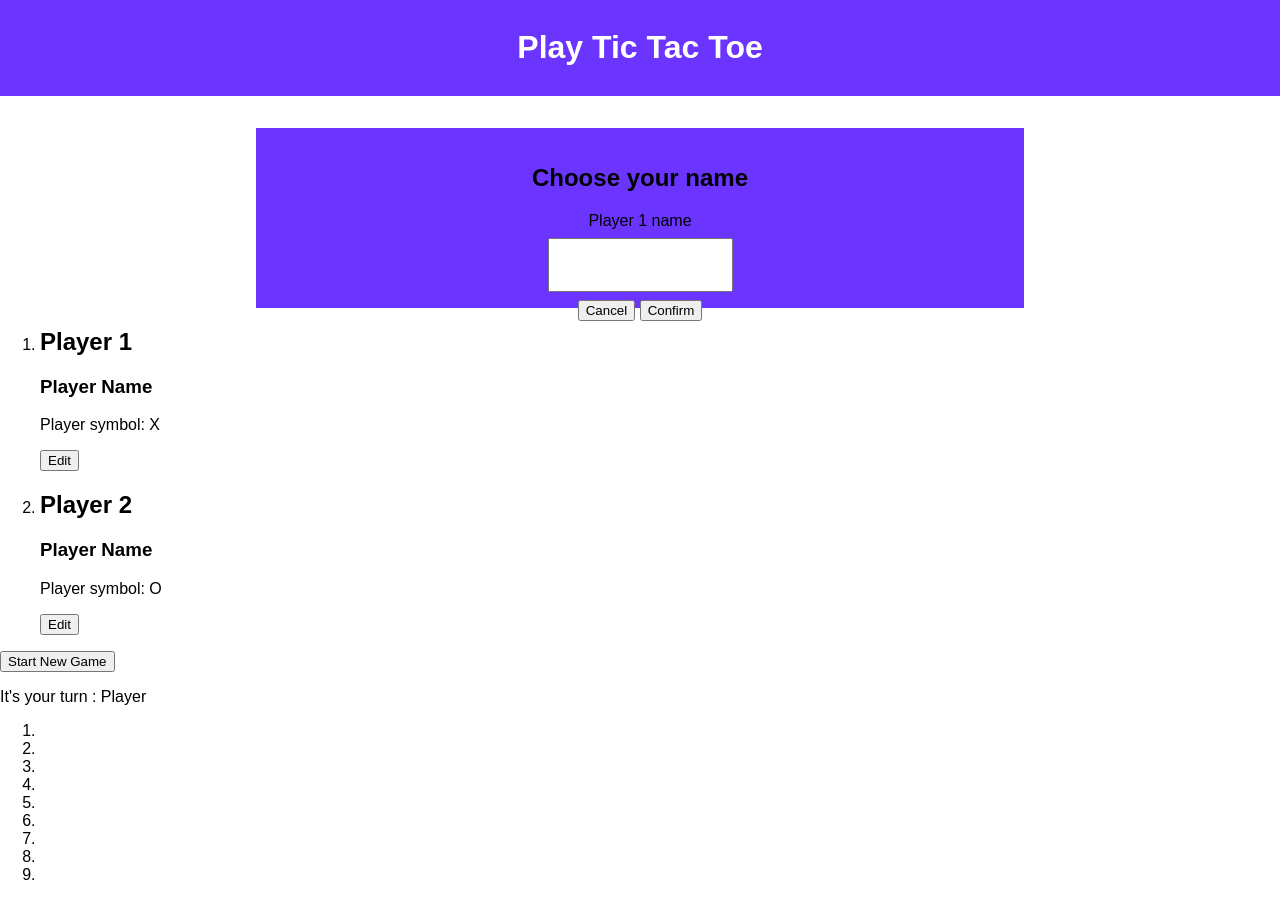
Repository: Harjot00/Wevdev
Page: Tic tac toe/index.html
The author's editor kept a copy of each file at every save. The page is drawn from the files as they stood at one save, then again after the next save.
The browser window is 1280 px wide. The pictures show the whole page.
Some web fonts or font styles are not loaded; a fallback is used.

Above is the page before, as saved 2022-05-20 23:42:28.

### Tic tac toe/index.html
<!DOCTYPE html>
<html lang="en">
<head>
    <meta charset="UTF-8">
    <meta http-equiv="X-UA-Compatible" content="IE=edge">
    <meta name="viewport" content="width=device-width, initial-scale=1.0">
    <link rel="stylesheet" href="styles.css">
    <link href="https://fonts.googleapis.com/css2?family=Roboto:wght@100&family=Send+Flowers&display=swap" rel="stylesheet">
    <title>Tic Tac Toe</title>

</head>
<body>
    <header>
        <h1>Play Tic Tac Toe</h1>

    </header>
    <main>
        <aside>
            <h2>Choose your name</h2>
            <form >
                <div>
                    <label for = "playername">Player 1 name</label>
                    <input type="text" name="username" id="username"/>

                </div>
                <div>
                    <button type="button"> Cancel</button>
                    <button type="submit">Confirm</button>
                </div>
            </form>
        </aside>
        <div id="gamestyle">
            <ol>
                <li>
                    <h2>Player 1</h2>
                    <h3>Player Name</h3>
                    <p>Player symbol: X</p>
                    <button>Edit</button>
                </li>
                <li>
                    <h2>Player 2</h2>
                    <h3>Player Name</h3>
                    <p>Player symbol: O</p>
                    <button>Edit</button>
                </li>
            </ol>
            <button>Start New Game</button>
        </div>
         <section id="active-game">
             <p>It's your turn : Player</p>
             <ol>
                 <li></li>
                 <li></li>
                 <li></li>
                 <li></li>
                 <li></li>
                 <li></li>
                 <li></li>
                 <li></li>
                 <li></li>
             </ol>
         </section>
    </main>

</body>
</html>

### Tic tac toe/styles.css
@import url('https://fonts.googleapis.com/css2?family=Roboto:wght@100&family=Send+Flowers&display=swap');
body{
    font-family: 'Montserrat', sans-serif;
    margin: 0;
    padding: 0;
}
header{
    background-color: #6b35ff;
    margin:0 0 2rem 0;
    padding: 0.5rem 0;
    color:white;
    text-align: center;
}
aside {
    text-align: center;
    margin:1rem auto;
    width:60vw;
    height: 25vh;
    box-sizing: border-box;
    padding:1rem;
    background-color:#6b35ff;
}
aside input {
    display:block;
    margin:0.5rem auto;
    height:3rem;
}

After the next save:
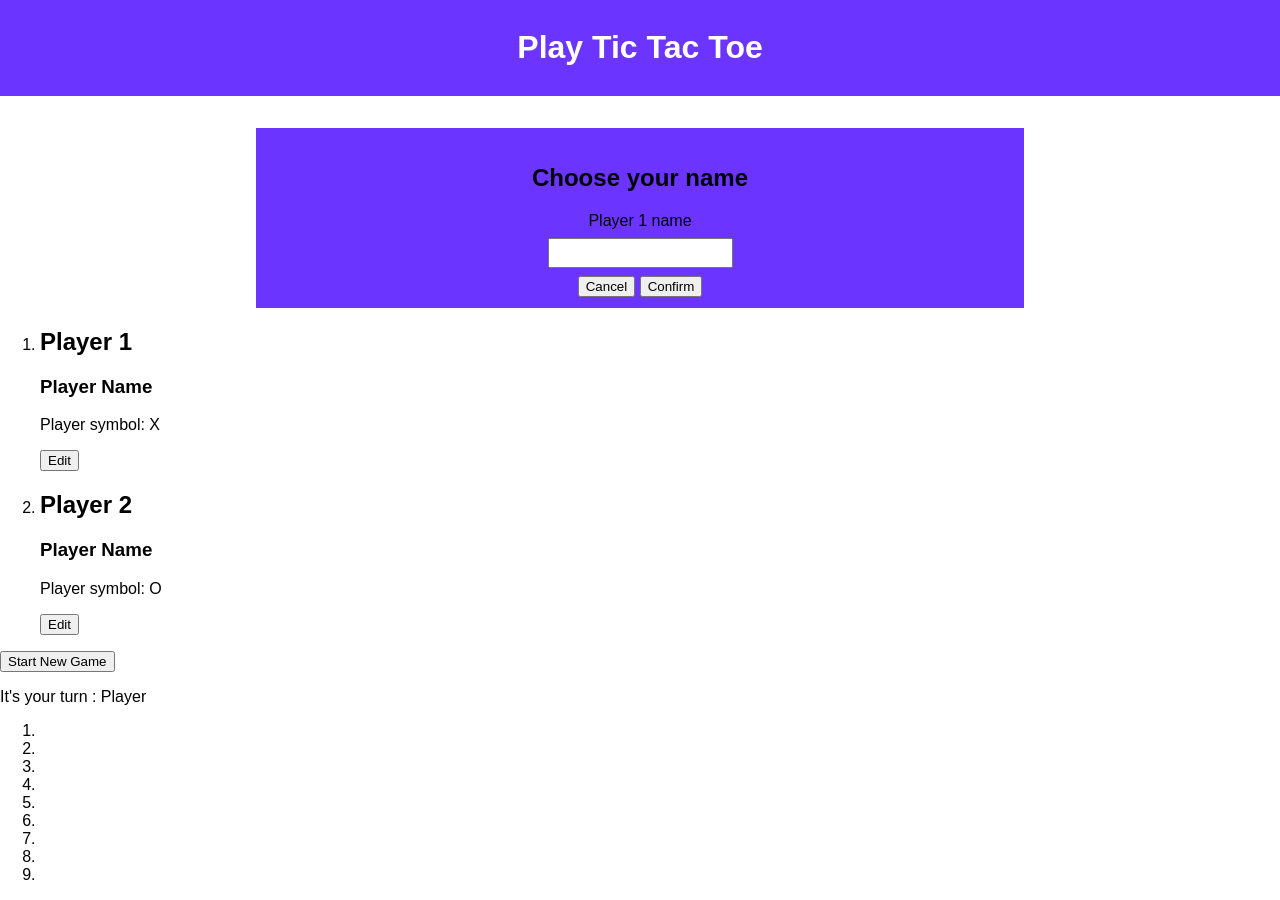
Saved 13 s later.
--- a/Tic tac toe/styles.css
+++ b/Tic tac toe/styles.css
@@ -23,5 +23,5 @@ aside {
 aside input {
     display:block;
     margin:0.5rem auto;
-    height:3rem;
+    height:1.5rem;
 }
